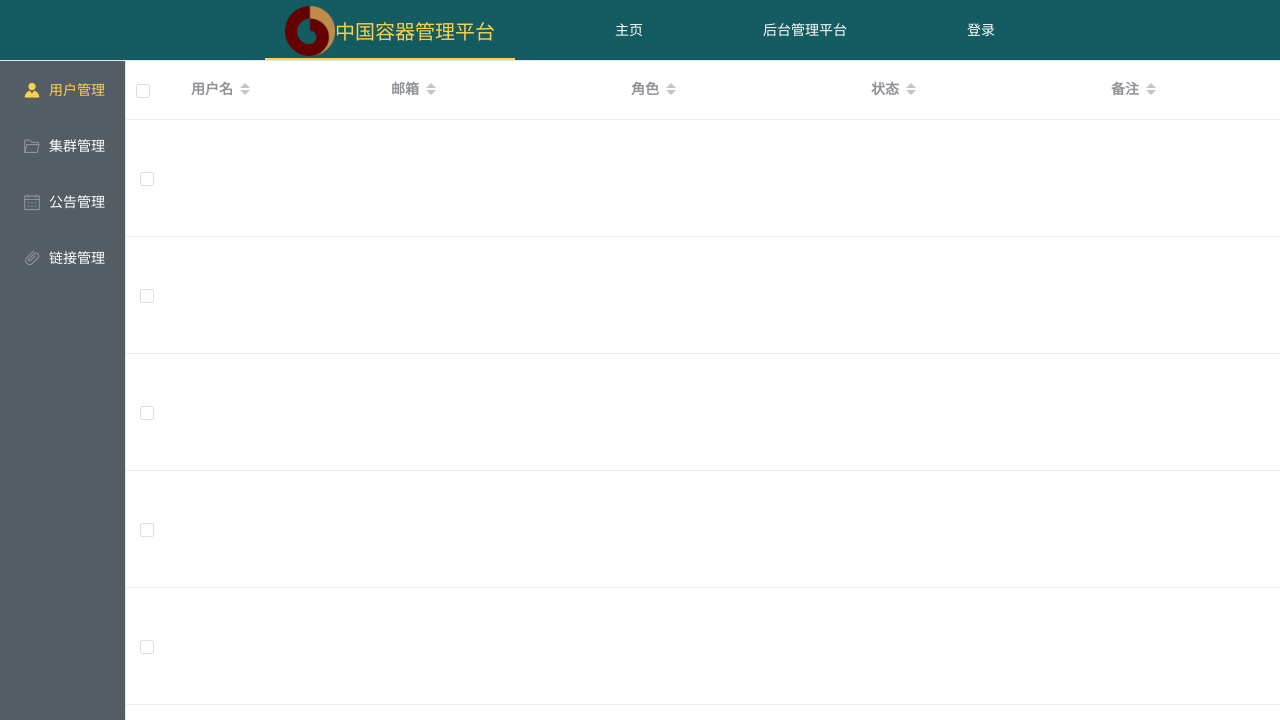
Repository: lei123zhou/zhongjin
Page: /main/management/user
These files come from the project's save history. The page is drawn as it stood at one moment and after the next save; the edit follows.
The browser window is 1280 px wide. The pictures show the whole page.
The project was rebuilt for these pictures with package versions that can differ from the ones it lists, and the page was loaded fresh each time. Also part of the build but not shown: vue.config.js.

Above is the page before, as saved 2022-08-29 22:21:07.

After the next save:
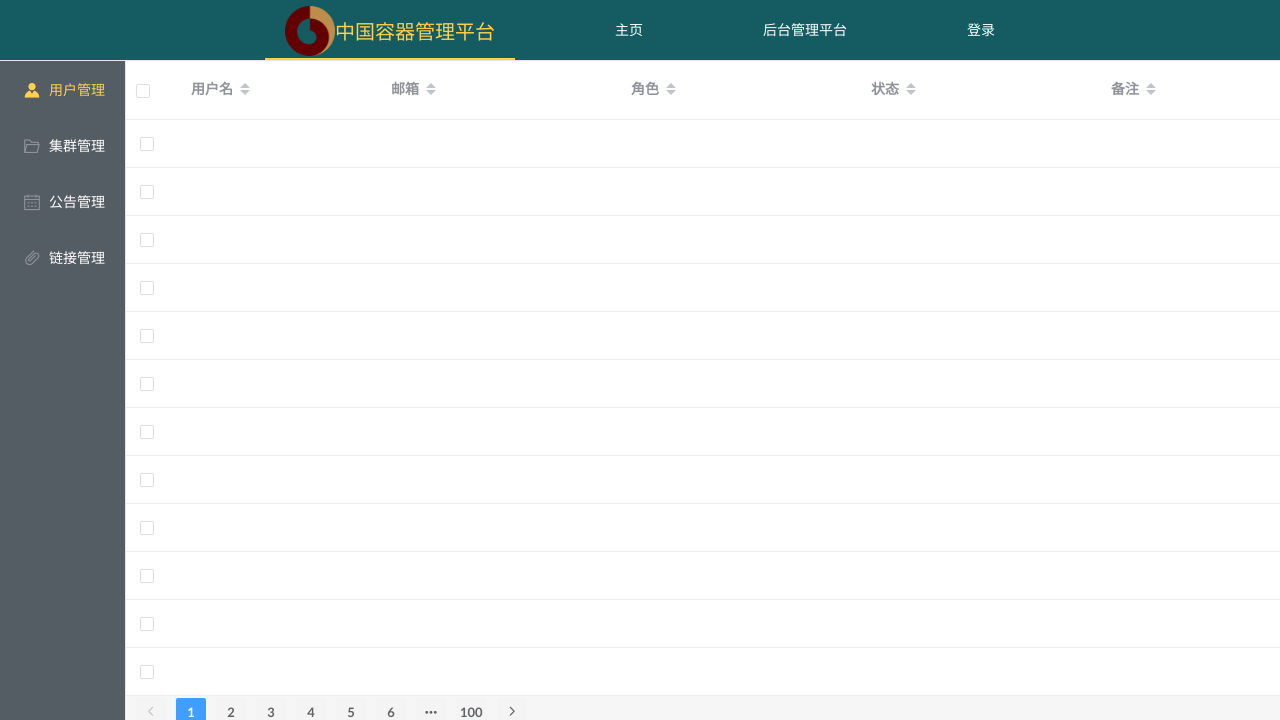
Saved 11 s later.
--- a/src/pages/management/user/UserPage.vue
+++ b/src/pages/management/user/UserPage.vue
@@ -140,7 +140,7 @@ export default {
     },
 
     formatter(row) {
-      return row.address;
+      return row.ldapid;
     },
   },
 };
